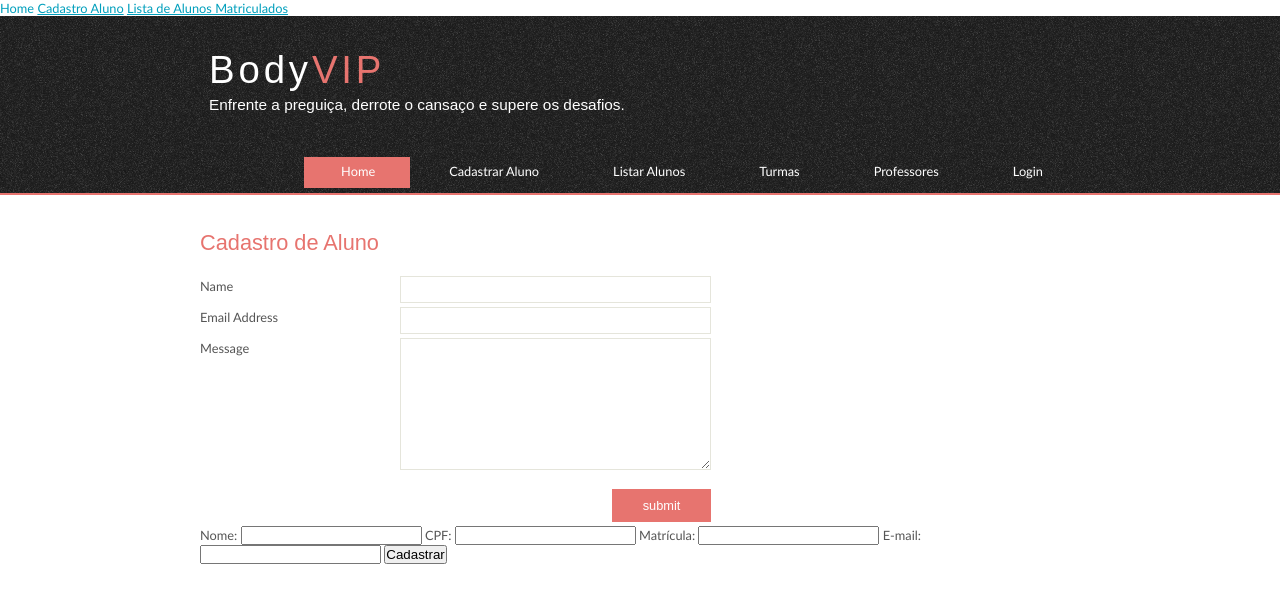
Repository: Thais-Ferreira/Projeto_bodyVIP
Page: http://localhost/BodyVIP/AlunoController?acao=cadastro
An editor plug-in stored every save of this project. The page is shown before and after the next save, followed by the edit.
The browser window is 1280 px wide. The pictures show the whole page.
The page is served by Tomcat 9. Other server files are loaded and not shown.

Above is the page before, as saved 2017-06-19 00:05:23.

### BodyVIP/WebContent/cadastro.jsp
<%@ page language="java" contentType="text/html; charset=ISO-8859-1"
    pageEncoding="ISO-8859-1"%>
<!DOCTYPE html PUBLIC "-//W3C//DTD HTML 4.01 Transitional//EN" "http://www.w3.org/TR/html4/loose.dtd">
<html>
<head>
	<meta http-equiv="Content-Type" content="text/html; charset=ISO-8859-1">
	<link rel="stylesheet" type="text/css" href="css/style.css" />
	<title>Cadastro</title>
</head>
<body>
	<jsp:include page="cabecalho.jsp"></jsp:include>
	<div id="main">
    <div id="header">
      <div id="logo">
        <div id="logo_text">
          <!-- class="logo_colour", allows you to change the colour of the text -->
          <h1><a href="index.html">Body<span class="logo_colour">VIP</span></a></h1>
          <h2>Enfrente a preguiça, derrote o cansaço e supere os desafios.</h2>
        </div>
      </div>
      <div id="menubar">
        <ul id="menu">
          <!-- put class="selected" in the li tag for the selected page - to highlight which page you're on -->
          <li class="selected"><a href="index.html">Home</a></li>
          <li><a href="AlunoController?acao=cadastro">Cadastrar Aluno</a></li>
          <li><a href="AlunoController?acao=buscaLista">Listar Alunos</a></li>
          <li><a href="page.html">Turmas</a></li>
          <li><a href="another_page.html">Professores</a></li>
          <li><a href="contact.html">Login</a></li>
        </ul>
      </div>
    </div>
    <div id="content_header"></div>
    <div id="site_content">
    <h1>Cadastro de Aluno</h1>
    <div class="form_settings">
            <p><span>Name</span><input class="contact" type="text" name="your_name" value="" /></p>
            <p><span>Email Address</span><input class="contact" type="text" name="your_email" value="" /></p>
            <p><span>Message</span><textarea class="contact textarea" rows="8" cols="50" name="your_enquiry"></textarea></p>
            <p style="padding-top: 15px"><span>&nbsp;</span><input class="submit" type="submit" name="contact_submitted" value="submit" /></p>
          </div>
	<form action="SalvoCadastro.jsp" method="post">
		<label>Nome:</label>
		<input type="text" name="nome">
		<label>CPF:</label>
		<input type="text" name="cpf">
		<label>Matrícula:</label>
		<input type="text" name="matricula">
		<label>E-mail:</label>
		<input type ="text" name="email">
		<input type="submit" value="Cadastrar">
	</form>
</body>
</html>

### BodyVIP/WebContent/cabecalho.jsp
<%@ page language="java" contentType="text/html; charset=ISO-8859-1"
    pageEncoding="ISO-8859-1"%>
<!DOCTYPE html PUBLIC "-//W3C//DTD HTML 4.01 Transitional//EN" "http://www.w3.org/TR/html4/loose.dtd">
<html>
<head>
<meta http-equiv="Content-Type" content="text/html; charset=ISO-8859-1">
<title>Cabeçalho</title>
</head>
<body>
	<a href="home.jsp">Home</a>
	<a href="AlunoController?acao=cadastro">Cadastro Aluno</a>
	<a href="AlunoController?acao=buscaLista">Lista de Alunos Matriculados</a>
</body>
</html>

### BodyVIP/src/br/com/body/controller/AlunoController.java
package br.com.body.controller;

import java.io.IOException;
import java.io.PrintWriter;
import java.util.List;

import javax.servlet.RequestDispatcher;
import javax.servlet.ServletException;
import javax.servlet.annotation.WebServlet;
import javax.servlet.http.HttpServlet;
import javax.servlet.http.HttpServletRequest;
import javax.servlet.http.HttpServletResponse;

import br.com.body.entidade.Aluno;
import br.com.body.jdbc.AlunoDAO;

/**
 * Servlet implementation class AlunoController
 */
@WebServlet("/AlunoController")
public class AlunoController extends HttpServlet {
	private static final long serialVersionUID = 1L;

    /**
     * @see HttpServlet#HttpServlet()
     */
    public AlunoController() {
        super();
        // TODO Auto-generated constructor stub
    }

	/**
	 * @see HttpServlet#doGet(HttpServletRequest request, HttpServletResponse response)
	 */
	protected void doGet(HttpServletRequest request, HttpServletResponse response) throws ServletException, IOException {

		Aluno aluno = new Aluno();
		String acao = request.getParameter("acao");
		AlunoDAO alunoDAO = new AlunoDAO();

		if(acao != null && acao.equals("buscaLista")) {
			List<Aluno> listaAlunos = alunoDAO.buscaListaAlunos(aluno);

			request.setAttribute("listaAlunos", listaAlunos);
			RequestDispatcher destino = request.getRequestDispatcher("listaAlunos.jsp");
			destino.forward(request, response);

		} else if(acao != null && acao.equals("deletaCadastro")) {
			String matricula = request.getParameter("matricula");
			aluno.setMatricula(matricula);
			alunoDAO.deletaCadastroAluno(aluno);

			response.sendRedirect("AlunoController?acao=buscaLista");

		} else if(acao != null && acao.endsWith("alteraCadastro")) {
			String matricula = request.getParameter("matricula");
			Aluno alu = alunoDAO.buscaAluno(matricula);
			request.setAttribute("alu", alu);
			request.getRequestDispatcher("AlterarCadastro.jsp").forward(request, response);

		} else if(acao != null && acao.endsWith("cadastro")) {
			RequestDispatcher destino = request.getRequestDispatcher("cadastro.jsp");
			destino.forward(request, response);
		}

	}

	/**
	 * @see HttpServlet#doPost(HttpServletRequest request, HttpServletResponse response)
	 */
	protected void doPost(HttpServletRequest request, HttpServletResponse response) throws ServletException, IOException {
		//capturando parâmetros da tela
		String nome = request.getParameter("nome");
		String matricula = request.getParameter("matricula");
		String email = request.getParameter("email");

		//criando objeto aluno e atribuindo valores da tela
		Aluno aluno = new Aluno();
		aluno.setNome(nome);
		aluno.setEmail(email);
		aluno.setMatricula(matricula);

		//criando um alunoDAO
		AlunoDAO alunoDAO = new AlunoDAO();

		//salvando no banco de dados
		alunoDAO.alteraCadastroAluno(aluno);
		//PrintWriter out = response.getWriter();
		//out.println("Salvo!");
		response.sendRedirect("AlunoController?acao=buscaLista");
	}

}

### BodyVIP/src/br/com/body/entidade/Aluno.java
package br.com.body.entidade;

import java.sql.Date;

/**
 * Classe que representa um aluno.
 *
 * @author Thaís
 *
 */
public class Aluno {

	private Integer id;
	private String nome;
	private String cpf;
	private String matricula;
	private String email;
	private Date dataMatricula;

	public Integer getId() {
		return id;
	}

	public void setId(Integer id) {
		this.id = id;
	}

	public String getNome() {
		return nome;
	}

	public void setNome(String nome) {
		this.nome = nome;
	}

	public String getCpf() {
		return cpf;
	}

	public void setCpf(String cpf) {
		this.cpf = cpf;
	}
	public String getMatricula() {
		return matricula;
	}

	public void setMatricula(String matricula) {
		this.matricula = matricula;
	}

	public String getEmail() {
		return email;
	}

	public void setEmail(String email) {
		this.email = email;
	}

	public Date getDataMatricula() {
		return dataMatricula;
	}

	public void setDataMatricula(Date dataMatricula) {
		this.dataMatricula = dataMatricula;
	}


}

### BodyVIP/src/br/com/body/jdbc/AlunoDAO.java
package br.com.body.jdbc;

import java.sql.Connection;
import java.sql.PreparedStatement;
import java.sql.ResultSet;
import java.sql.SQLException;
import java.util.ArrayList;
import java.util.List;

import br.com.body.entidade.Aluno;

/**
 * Classe responsável por cadastrar, excluir, alterar e mostrar os dados de alunos através
 * de uma connexão com o banco de dados.
 *
 * @author Thaís
 *
 */
public class AlunoDAO {

	private Connection conexao = Conexao.getConnection();

	/**
	 * Método que cadastra um aluno no banco de dados.
	 */
	public void cadastroAluno(Aluno aluno) {

		String sql = "INSERT INTO aluno (nome,cpf,matricula,email,datamatricula) VALUES (?,?,?,?,?)";

		try {
			PreparedStatement preparador = conexao.prepareStatement(sql);

			preparador.setString(1, aluno.getNome());
			preparador.setString(2, aluno.getCpf());
			preparador.setString(3, aluno.getMatricula());
			preparador.setString(4, aluno.getEmail());
			preparador.setDate(5, aluno.getDataMatricula());

			preparador.execute();
			preparador.close();

			System.out.println("Aluno cadastrado com sucesso!");
		} catch (SQLException e) {
			System.out.println("Erro - " + e.getMessage());
		}

	}

	/**
	 * Método que altera o cadastro de um aluno no banco de dados.
	 */
	public void alteraCadastroAluno(Aluno aluno) {

		String sql = "UPDATE aluno SET nome = ?, email = ? WHERE matricula = ?";

		try {
			PreparedStatement preparador = conexao.prepareStatement(sql);

			preparador.setString(1, aluno.getNome());
			preparador.setString(2, aluno.getEmail());
			preparador.setString(3, aluno.getMatricula());

			preparador.execute();
			preparador.close();

			System.out.println("Cadastro alterado com sucesso!");
		} catch (SQLException e) {
			System.out.println("Erro - " + e.getMessage());
		}

	}

	/**
	 * Método que deleta o cadastro de um aluno do banco de dados.
	 */
	public void deletaCadastroAluno(Aluno aluno) {

		String sql = "DELETE FROM aluno WHERE matricula = ?";

		try {
			PreparedStatement preparador = conexao.prepareStatement(sql);

			preparador.setString(1, aluno.getMatricula());


			preparador.execute();
			preparador.close();

			System.out.println("Cadastro deletado com sucesso!");
		} catch (SQLException e) {
			System.out.println("Erro - " + e.getMessage());
		}

	}

	/**
	 * Método que retorna uma lista com os alunos cadastrados no banco de dados.
	 */
	public List<Aluno> buscaListaAlunos(Aluno aluno) {

		String sql = "SELECT * FROM aluno";
		List<Aluno> listaAlunos = new ArrayList<>();

		try {
			PreparedStatement preparador = conexao.prepareStatement(sql);
			ResultSet resultados = preparador.executeQuery();

			while(resultados.next()) {
				Aluno alu = new Aluno();
				alu.setId(resultados.getInt("id"));
				alu.setNome(resultados.getString("nome"));
				alu.setCpf(resultados.getString("cpf"));
				alu.setMatricula(resultados.getString("matricula"));
				alu.setEmail(resultados.getString("email"));
				alu.setDataMatricula(resultados.getDate("datamatricula"));

				listaAlunos.add(alu);

			}
		} catch (SQLException e) {
			System.out.println("Erro - " + e.getMessage());
		}

		return listaAlunos;

	}

	public Aluno buscaAluno(String matricula) {
		Aluno aluno = null;
		String sql = "SELECT * FROM aluno WHERE matricula = ?";

		try {
			PreparedStatement preparador = conexao.prepareStatement(sql);
			preparador.setString(1, matricula);

			ResultSet resultado = preparador.executeQuery();
			if(resultado.next()) {
				aluno = new Aluno();
				aluno.setId(resultado.getInt("id"));
				aluno.setNome(resultado.getString("nome"));
				aluno.setCpf(resultado.getString("cpf"));
				aluno.setMatricula(resultado.getString("matricula"));
				aluno.setEmail(resultado.getString("email"));
			}
			System.out.println("Aluno encontrado com sucesso!");
		} catch (SQLException e) {
			System.out.println("Erro - " + e.getMessage());
		}

		return aluno;
	}

}

### BodyVIP/src/br/com/body/jdbc/Conexao.java
package br.com.body.jdbc;

import java.sql.Connection;
import java.sql.DriverManager;
import java.sql.SQLException;

/**
 * Classe que estabelece a conexão com o banco de dados.
 *
 * @author Thaís
 *
 */
public class Conexao {

	/**
	 * Método que retorna uma conexão com o banco de dados.
	 */
	public static Connection getConnection() {

		 Connection conexao = null;

		 try {
			Class.forName("org.postgresql.Driver");
			conexao = DriverManager.getConnection("jdbc:postgresql://localhost:5432/BodyVIP","postgres","k0rr4");
			System.out.println("Conectado com sucesso!");
		} catch (SQLException e) {
			System.out.println("Erro - Conexão " + e.getMessage());
		} catch (ClassNotFoundException e) {
			System.out.println("Erro - Driver " + e.getMessage());
		}

		 return conexao;

	}

}

### BodyVIP/WebContent/css/style.css
@CHARSET "ISO-8859-1";

html
{ height: 100%;}

*
{ margin: 0;
  padding: 0;}

body
{ font: normal .80em 'trebuchet ms', arial, sans-serif;
  background: #FFF;
  color: #555;}

p
{ padding: 0 0 20px 0;
  line-height: 1.7em;}

img
{ border: 0;}

h1, h2, h3, h4, h5, h6
{ color: #E7746F;
  letter-spacing: 0em;
  padding: 0 0 5px 0;}

h1, h2, h3
{ font: normal 170% 'century gothic', arial;
  margin: 0 0 15px 0;
  padding: 15px 0 5px 0;}

h2
{ font-size: 160%;
  padding: 9px 0 5px 0;}

h3
{ font-size: 140%;
  padding: 5px 0 0 0;}

h4, h6
{ color: #009FBC;
  padding: 0 0 5px 0;
  font: normal 110% arial;
  text-transform: uppercase;}

h5, h6
{ color: #888;
  font: normal 95% arial;
  letter-spacing: normal;
  padding: 0 0 15px 0;}

a, a:hover
{ outline: none;
  text-decoration: underline;
  color: #009FBC;}

a:hover
{ text-decoration: none;}

blockquote
{ margin: 20px 0;
  padding: 10px 20px 0 20px;
  border: 1px solid #E5E5DB;
  background: #FFF;}

ul
{ margin: 2px 0 22px 17px;}

ul li
{ list-style-type: circle;
  margin: 0 0 6px 0;
  padding: 0 0 4px 5px;
  line-height: 1.5em;}

ol
{ margin: 8px 0 22px 20px;}

ol li
{ margin: 0 0 11px 0;}

.left
{ float: left;
  width: auto;
  margin-right: 10px;}

.right
{ float: right;
  width: auto;
  margin-left: 10px;}

.center
{ display: block;
  text-align: center;
  margin: 20px auto;}

#main, #logo, #menubar, #site_content, #footer
{ margin-left: auto;
  margin-right: auto;}

#header
{ background: #1d1d1d url(../imagens/pattern.png) repeat;
  border-bottom: 2px solid #E7746F;
  height: 177px;}

#banner
{ background: transparent url(../imagens/banner.jpg) no-repeat;
  width: 870px;
  height: 180px;
  margin-bottom: 20px;
  border: 5px solid #E7746F;}

#logo
{ width: 880px;
  position: relative;
  height: 140px;
  background: transparent;}

#logo #logo_text
{ position: absolute;
  top: 10px;
  left: 0;}

#logo h1, #logo h2
{ font: normal 300% 'century gothic', arial, sans-serif;
  border-bottom: 0;
  text-transform: none;
  margin: 0 0 0 9px;}

#logo_text h1, #logo_text h1 a, #logo_text h1 a:hover
{ padding: 22px 0 0 0;
  color: #FFF;
  letter-spacing: 0.1em;
  text-decoration: none;}

#logo_text h1 a .logo_colour
{ color: #E7746F;}

#logo_text a:hover .logo_colour
{ color: #FFF;}

#logo_text h2
{ font-size: 120%;
  padding: 4px 0 0 0;
  color: #FFF;}

#menubar
{ width: 880px;
  height: 46px;}

ul#menu
{ float: right;
  margin: 0;}

ul#menu li
{ float: left;
  padding: 0 0 0 9px;
  list-style: none;
  margin: 1px 2px 0 0;
  background: transparent;}

ul#menu li a
{ font: normal 100% 'trebuchet ms', sans-serif;
  display: block;
  float: left;
  height: 20px;
  padding: 6px 35px 5px 28px;
  text-align: center;
  color: #FFF;
  text-decoration: none;
  background: transparent;}

ul#menu li.selected a
{ height: 20px;
  padding: 6px 35px 5px 28px;}

ul#menu li.selected
{ margin: 1px 2px 0 0;
  background: #E7746F;}

ul#menu li.selected a, ul#menu li.selected a:hover
{ background: #E7746F;
  color: #FFF;}

ul#menu li a:hover
{ color: #FFF;
  background: #E7746F;}

#site_content
{ width: 880px;
  overflow: hidden;
  margin: 20px auto 0 auto;
  padding: 0 0 10px 0;}

#sidebar_container
{ float: right;
  width: 224px;}

.sidebar_top
{ width: 222px;
  height: 14px;
  background: transparent url(../imagens/side_top.png) no-repeat;}

.sidebar_base
{ width: 222px;
  height: 14px;
  background: url(../imagens/side_base.png) no-repeat;}

.sidebar
{ float: right;
  width: 222px;
  padding: 0;
  margin: 0 0 16px 0;}

.sidebar_item
{ background: url(../imagens/side_back.png) repeat-y;
  padding: 0 15px;
  width: 192px;}

.sidebar li a.selected
{ color: #444;}

.sidebar ul
{ margin: 0;}

#content
{ text-align: left;
  width: 620px;
  padding: 0 0 0 5px;
  float: left;}

#content ul
{ margin: 2px 0 22px 0px;}

#content ul li, .sidebar ul li
{ list-style-type: none;
  background: url(../imagens/bullet.png) no-repeat;
  margin: 0 0 0 0;
  padding: 0 0 4px 25px;
  line-height: 1.5em;}

#footer
{ width: 100%;
  font-family: 'trebuchet ms', sans-serif;
  font-size: 100%;
  height: 80px;
  padding: 28px 0 5px 0;
  text-align: center;
  background: transparent url(../imagens/pattern.png) repeat;
  border-top: 2px solid #E7746F;
  color: #FFF;}

#footer p
{ line-height: 1.7em;
  padding: 0 0 10px 0;}

#footer a
{ color: #E7746F;
  text-decoration: none;}

#footer a:hover
{ color: #FFF;
  text-decoration: none;}

.search
{ color: #5D5D5D;
  border: 1px solid #BBB;
  width: 134px;
  padding: 4px;
  font: 100% arial, sans-serif;}

.form_settings
{ margin: 15px 0 0 0;}

.form_settings p
{ padding: 0 0 4px 0;}

.form_settings span
{ float: left;
  width: 200px;
  text-align: left;}

.form_settings input, .form_settings textarea
{ padding: 5px;
  width: 299px;
  font: 100% arial;
  border: 1px solid #E5E5DB;
  background: #FFF;
  color: #47433F;}

.form_settings .submit
{ font: 100% arial;
  border: 0;
  width: 99px;
  margin: 0 0 0 212px;
  height: 33px;
  padding: 2px 0 3px 0;
  cursor: pointer;
  background: #E7746F;
  color: #FFF;}

.form_settings textarea, .form_settings select
{ font: 100% arial;
  width: 299px;}

.form_settings select
{ width: 310px;}

.form_settings .checkbox
{ margin: 4px 0;
  padding: 0;
  width: 14px;
  border: 0;
  background: none;}

.separator
{ width: 100%;
  height: 0;
  border-top: 1px solid #D9D5CF;
  border-bottom: 1px solid #FFF;
  margin: 0 0 20px 0;}

table
{ margin: 10px 0 30px 0;}

table tr th, table tr td
{ background: #E7746F;
  color: #FFF;
  padding: 7px 4px;
  text-align: left;}

table tr td
{ background: #E5E5DB;
  color: #47433F;
  border-top: 1px solid #FFF;}

After the next save:
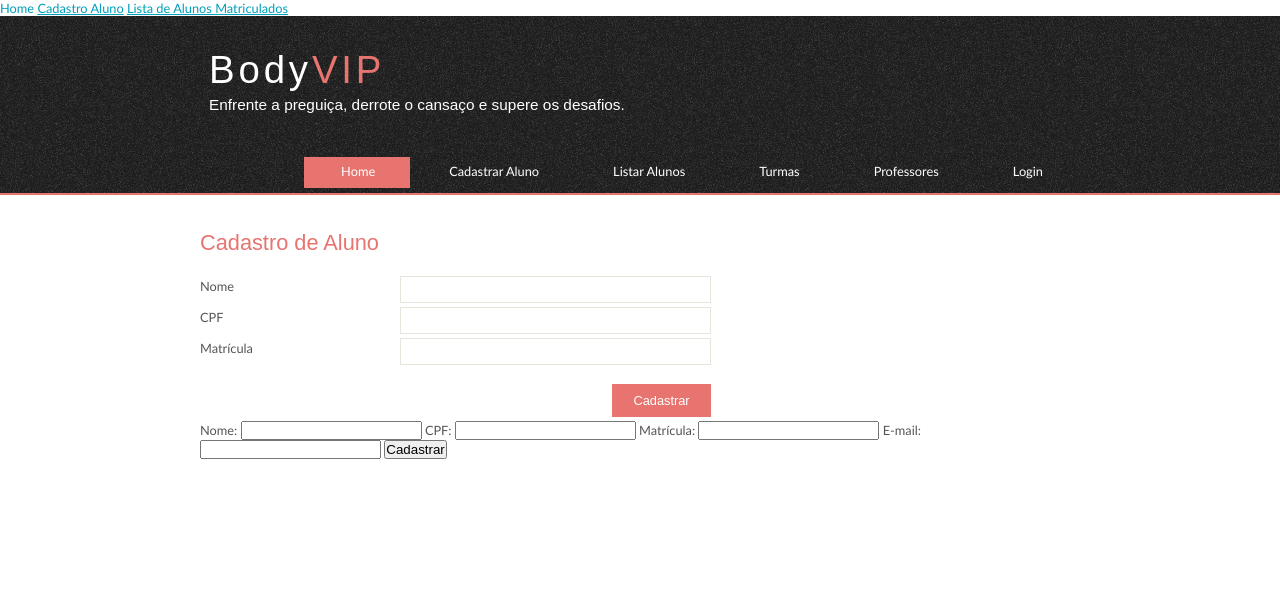
Saved 3 min 25 s later.
--- a/BodyVIP/WebContent/cadastro.jsp
+++ b/BodyVIP/WebContent/cadastro.jsp
@@ -34,10 +34,12 @@
     <div id="site_content">
     <h1>Cadastro de Aluno</h1>
     <div class="form_settings">
-            <p><span>Name</span><input class="contact" type="text" name="your_name" value="" /></p>
-            <p><span>Email Address</span><input class="contact" type="text" name="your_email" value="" /></p>
-            <p><span>Message</span><textarea class="contact textarea" rows="8" cols="50" name="your_enquiry"></textarea></p>
-            <p style="padding-top: 15px"><span>&nbsp;</span><input class="submit" type="submit" name="contact_submitted" value="submit" /></p>
+    	<form action="SalvoCadastro.jsp" method="post">
+            <p><span>Nome</span><input class="contact" type="text" name="nome"/></p>
+            <p><span>CPF</span><input class="contact" type="text" name="cpf"/></p>
+            <p><span>Matrícula</span><input class="contact" type="text" name="matricula"/></p>
+            <p style="padding-top: 15px"><span>&nbsp;</span><input class="submit" type="submit" name="enviar" value="Cadastrar" /></p>
+          </form>
           </div>
 	<form action="SalvoCadastro.jsp" method="post">
 		<label>Nome:</label>
